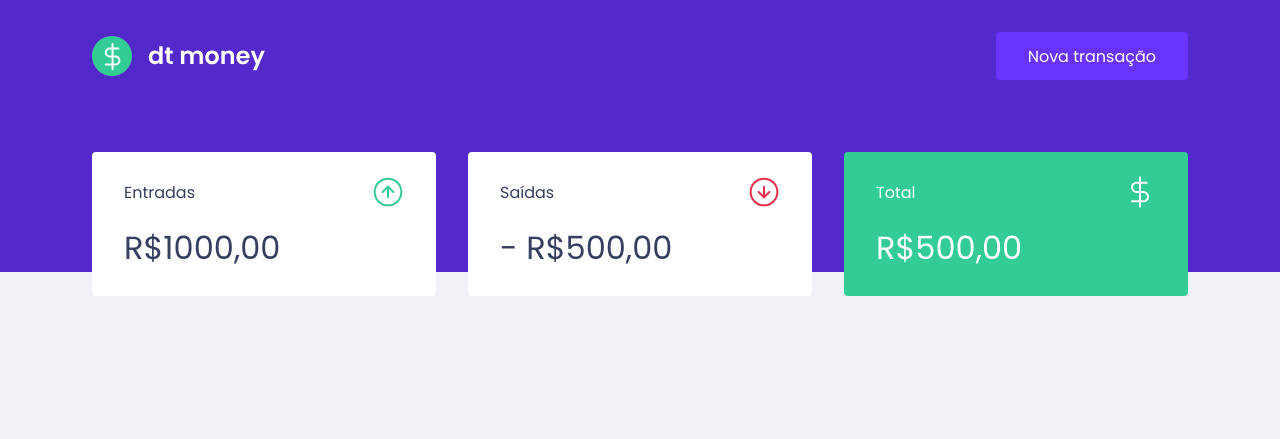
Repository: victoriandujar/ignite-dtmoney
Page: /
These files come from the project's save history. The page is drawn as it stood at one moment and after the next save; the edit follows.
The browser window is 1280 px wide. The pictures show the whole page.
The project was rebuilt for these pictures with package versions that can differ from the ones it lists, and the page was loaded fresh each time.

Above is the page before, as saved 2021-03-22 18:56:44.

### public/index.html
<!DOCTYPE html>
<html lang="en">
  <head>
    <link rel="preconnect" href="https://fonts.gstatic.com">
    <meta charset="utf-8" />
    <link rel="icon" href="%PUBLIC_URL%/favicon.ico" />
    <meta name="viewport" content="width=device-width, initial-scale=1" />
    <link href="https://fonts.googleapis.com/css2?family=Poppins:wght@400;600&display=swap" rel="stylesheet">

    <title>dt money</title>
  </head>
  <body>
    <noscript>You need to enable JavaScript to run this app.</noscript>
    <div id="root"></div>
  </body>
</html>

### src/App.tsx
import React from 'react';

import { GlobalStyle } from './styles/global';
import { Header } from './components/Header';
import { Dashboard } from './components/Dashboard';

function App() {
  return (
    <>
      <GlobalStyle />
      <Header />
      <Dashboard />
    </>
  );
}

export default App;

### src/styles/global.js
import { createGlobalStyle } from 'styled-components';

export const GlobalStyle = createGlobalStyle`
    :root {
        --background: #f9f2f5;
        --red: #E52E4D;
        --green: #33CC95;
        --blue: #5429CC;

        --blue-light: #6933FF;

        --text-title: #363F5F;
        --text-body: #969CB3;

        --background: #F0F2F5;
        --shape: #FFFFFF;
    }

    * {
        margin: 0;
        padding: 0;
        box-sizing: border-box;
    }

    html {
        @media (max-width: 1088px) {
            font-size: 93.75%;
        }

        @media (max-width: 720px) {
            font-size: 87.5%;
        }
    }

    body {
        background: var(--background);
        -webkit-font-smoothing: antialised;
    }

    body, input, textarea, button {
        font-family: 'Poppins', sans-serif;
        font-weight: 400;
    }

    h1, h2, h3, h4, h5, h6, strong {
        font-weight: 600;
    }

    button {
        cursor: pointer;
    }

    [disabled] {
        opacity: 0.6;
        cursor: not-allowed;
    }
`;

### src/components/Header/index.tsx
import React from 'react';

import Logo from '../../assets/logo.svg';

import { Container, Content } from './styles';

export function Header() {
    return(
        <Container>
            <Content>
                <img src={Logo} alt="logo dt money" />
                <button type="button">Nova transação</button>
            </Content>
        </Container>
    );
}

### src/components/Dashboard/index.tsx
import React from 'react';

import { Container } from './styles';

import { Summary } from '../Summary';

export function Dashboard() {
    return(
        <Container>
            <Summary />
        </Container>
    );
}

### src/components/Header/styles.ts
import styled from 'styled-components';

export const Container = styled.header`
  background: var(--blue);
`;

export const Content = styled.div`
    max-width: 1128px;
    margin: 0 auto;

    padding: 2rem 1rem 12rem;
    display: flex;
    align-items: center;
    justify-content: space-between;

    button {
        font-size: 1rem;
        color: #fff;
        background: var(--blue-light);
        border: 0;
        padding: 0 2rem;
        border-radius: 0.25rem;
        height: 3rem;
        transition: filter 0.2s;

        &:hover {
            filter: brightness(0.9);
        }
    }
`;

### src/components/Dashboard/styles.ts
import styled from 'styled-components';

export const Container = styled.div`
  max-width: 1128px;
  margin: 0 auto;
  padding: 2.5rem 1rem;
`;

### src/components/Summary/index.tsx
import React from 'react';

import IncomeImg from '../../assets/income.svg';
import OutcomeImg from '../../assets/outcome.svg';
import TotalImg from '../../assets/total.svg';

import { Container } from './styles';

export function Summary() {
    return(
        <Container>
            <div>
                <header>
                    <p>Entradas</p>
                    <img src={IncomeImg} alt="Entrada"/>
                </header>
                <strong>R$1000,00</strong>
            </div>

            <div>
                <header>
                    <p>Saídas</p>
                    <img src={OutcomeImg} alt="Saida"/>
                </header>
                <strong>- R$500,00</strong>
            </div>

            <div className="green">
                <header>
                    <p>Total</p>
                    <img src={TotalImg} alt="Total"/>
                </header>
                <strong>R$500,00</strong>
            </div>
        </Container>
    );
}

### src/components/Summary/styles.ts
import styled from 'styled-components';

export const Container = styled.div`
  display: grid;
  grid-template-columns: repeat(3, 1fr);
  gap: 2rem;
  margin-top: -10rem;

  div {
      background: var(--shape);
      padding: 1.5rem 2rem;
      border-radius: 0.25rem;
      color: var(--text-title);

      header {
          display: flex;
          align-items: center;
          justify-content: space-between;
      }

      strong {
          display: block;
          margin-top: 1rem;
          font-size: 2rem;
          font-weight: 500;
          line-height: 3rem;
      }

      &.green {
          background: var(--green);
          color: #fff;
      }
  }
`;

### src/components/TransactionsTable/index.tsx
import React from 'react';

import { Container } from './styles';

export function TransactionsTable() {
    return(
        <Container>
            <table>
                <thead>
                    <tr>
                        <th>Título</th>
                        <th>Valor</th>
                        <th>Categoria</th>
                        <th>Data</th>
                    </tr>
                </thead>
                <tbody>
                    <tr>
                        <td>Desenvolvimento de website</td>
                        <td>R$ 12.000</td>
                        <td>Desenvolvimento</td>
                        <td>16/03/2021</td>
                    </tr>

                    <tr>
                        <td>Desenvolvimento de website</td>
                        <td>R$ 12.000</td>
                        <td>Desenvolvimento</td>
                        <td>16/03/2021</td>
                    </tr>

                    <tr>
                        <td>Desenvolvimento de website</td>
                        <td>R$ 12.000</td>
                        <td>Desenvolvimento</td>
                        <td>16/03/2021</td>
                    </tr>
                </tbody>
            </table>
        </Container>
    );
}

Loaded but not shown: src/index.tsx (common file); src/components/TransactionsTable/styles.ts (common file)

After the next save:
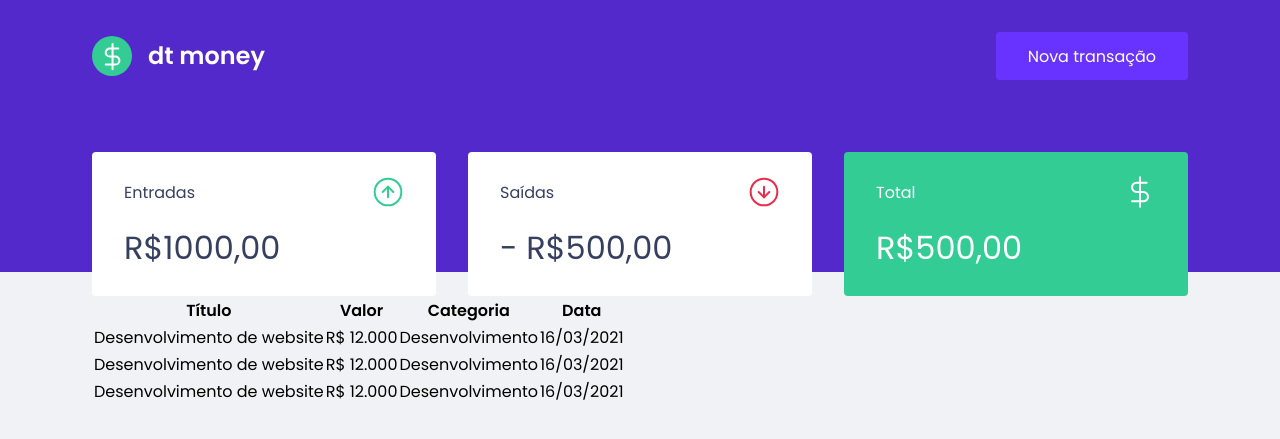
Saved 34 s later.
--- a/src/components/Dashboard/index.tsx
+++ b/src/components/Dashboard/index.tsx
@@ -3,11 +3,13 @@
 import { Container } from './styles';
 
 import { Summary } from '../Summary';
+import { TransactionsTable } from '../TransactionsTable'
 
 export function Dashboard() {
     return(
         <Container>
             <Summary />
+            <TransactionsTable />
         </Container>
     );
 }
